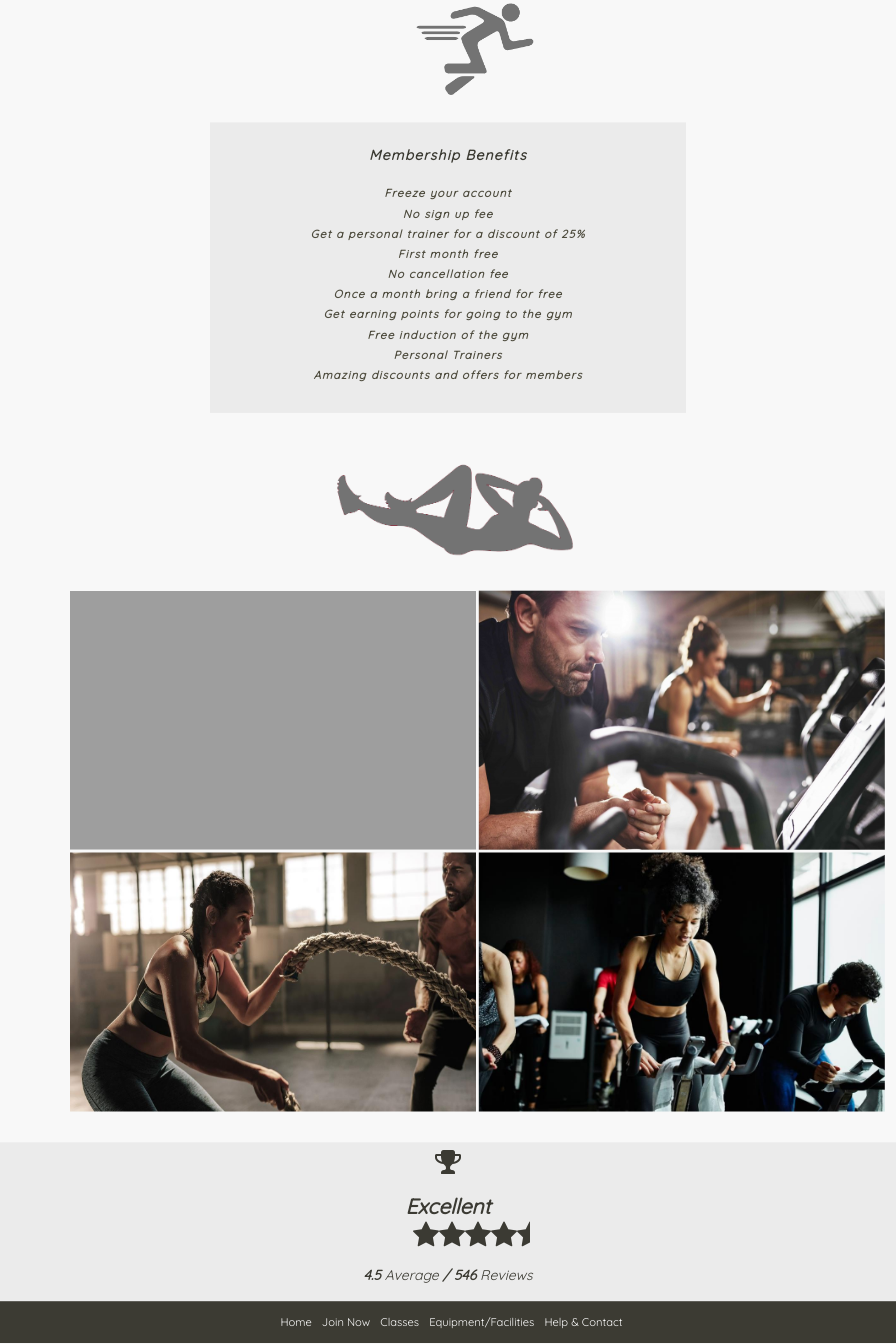
Repository: RicardoAzuul/the_fitness_hub
Page: index.html
The author's editor kept a record of every edit. The page is drawn from the files as they stood at one moment, then again after the next edit.
The browser window is 1280 px wide. The pictures show the part of the page from y = 2707 to 4627 px (the page is 4627 px tall before and 4541 px after), at 70% of full size.
Pictures or frames that could not be fetched are drawn as grey boxes. Some web fonts or font styles are not loaded; a fallback is used.

Above is the page before.

After the next edit:
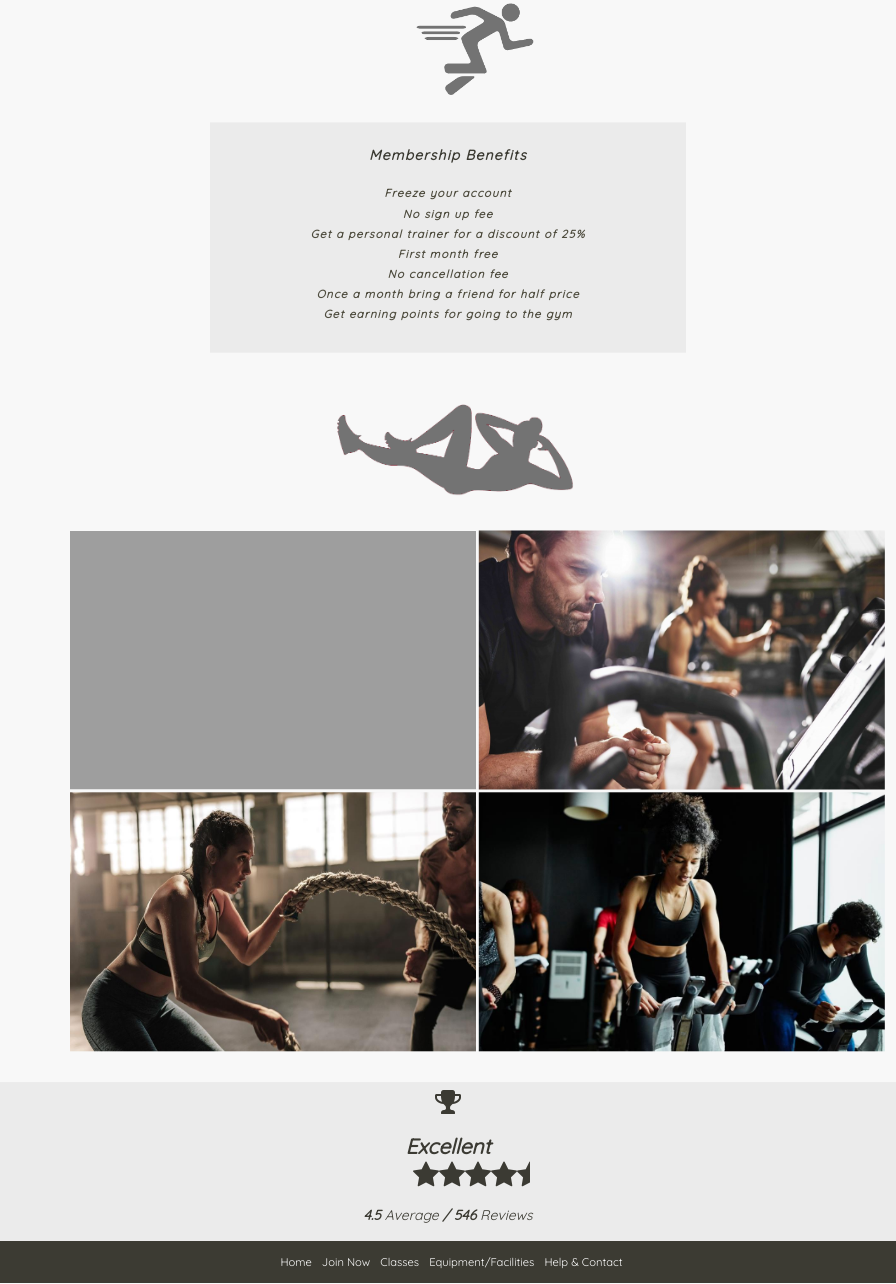
The edit:
--- a/index.html
+++ b/index.html
@@ -91,11 +91,8 @@
             <em>Get a personal trainer for  a discount of 25%</em><br>
             <em>First month free</em><br>
             <em>No cancellation fee</em><br>
-            <em>Once a month bring a friend for free</em><br>
+            <em>Once a month bring a friend for half price</em><br>
             <em>Get earning points for going to the gym</em><br>
-            <em>Free induction of the gym</em><br>
-            <em>Personal Trainers</em><br>
-            <em>Amazing discounts and offers for members</em><br>
         </section>
 
         <img src="images/abs-maroon.jpg" alt=abs class="abs">
